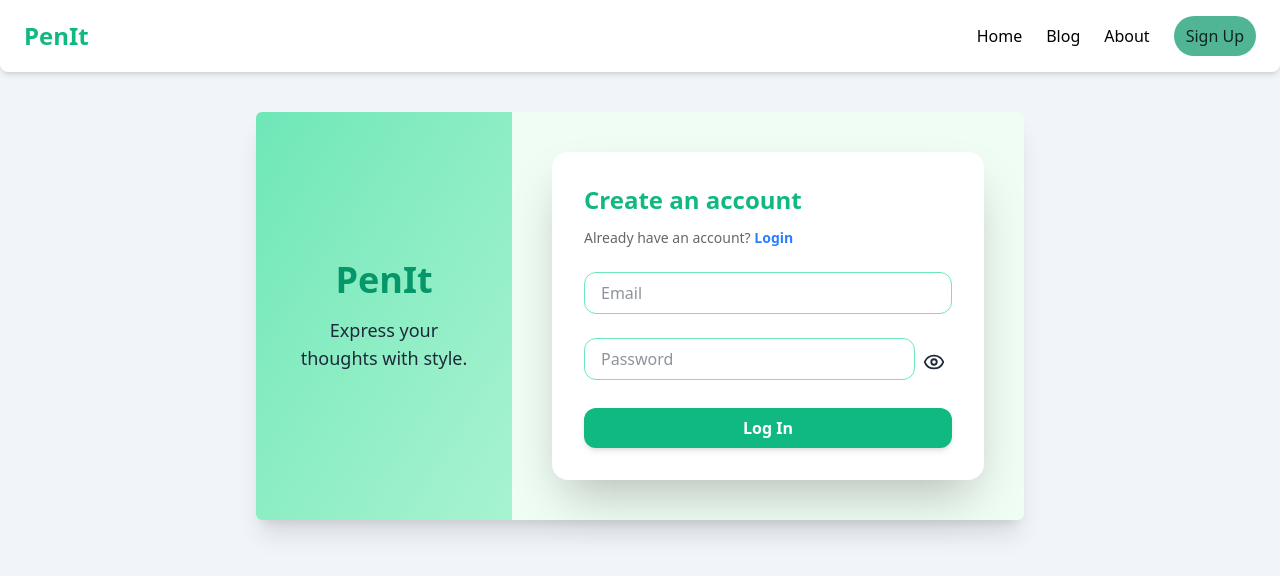
Repository: Mounika-chukkala/PenIt
Page: /signin (app in frontend/)
The author's editor kept a copy of each file at every save. The page is drawn from the files as they stood at one save, then again after the next save.
The browser window is 1280 px wide. The pictures show the whole page.
The project was rebuilt for these pictures with package versions that can differ from the ones it lists, and the page was loaded fresh each time. Also part of the build but not shown: frontend/vite.config.js, frontend/src/Pages/Signin.jsx, frontend/src/Pages/Signup.jsx, frontend/src/components/CreateBlog.jsx, frontend/src/Pages/AddBlog.jsx.

Above is the page before, as saved 2025-05-24 11:55:50.

After the next save:
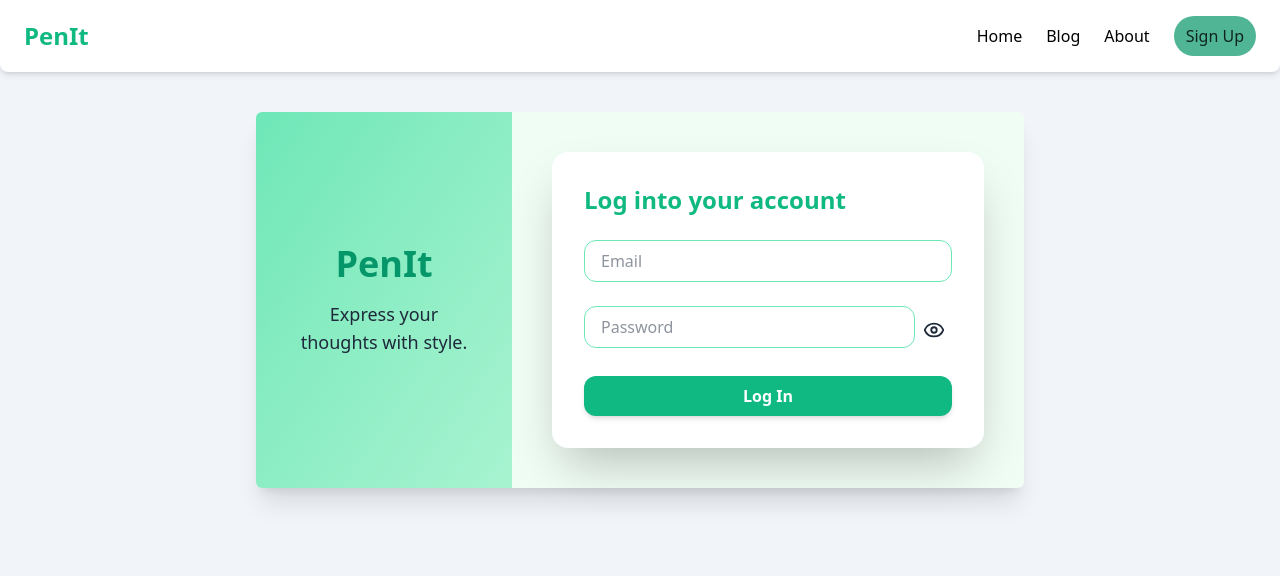
Saved 100 s later.
--- a/frontend/src/Pages/AuthForm.jsx
+++ b/frontend/src/Pages/AuthForm.jsx
@@ -69,9 +69,9 @@ function AuthForm({type}) {
           className="bg-white bg-opacity-90 backdrop-blur-xl p-8 rounded-2xl shadow-2xl w-full max-w-md transition-all"
         >
           <h2 className="text-2xl font-bold mb-3 text-[#10B981]">
-            Create an account
+            {type=="signup"?"Create an account":"Log into your account"}
           </h2>
-
+{type=="signup" &&
           <p className="text-sm text-black/60 mb-3">
             Already have an account?{" "}
             <Link to="/signin">
@@ -80,7 +80,7 @@ function AuthForm({type}) {
               </span>
             </Link>
           </p>
-
+}
           <form onSubmit={handleRegister}>
             {type=="signup" &&
             <input
